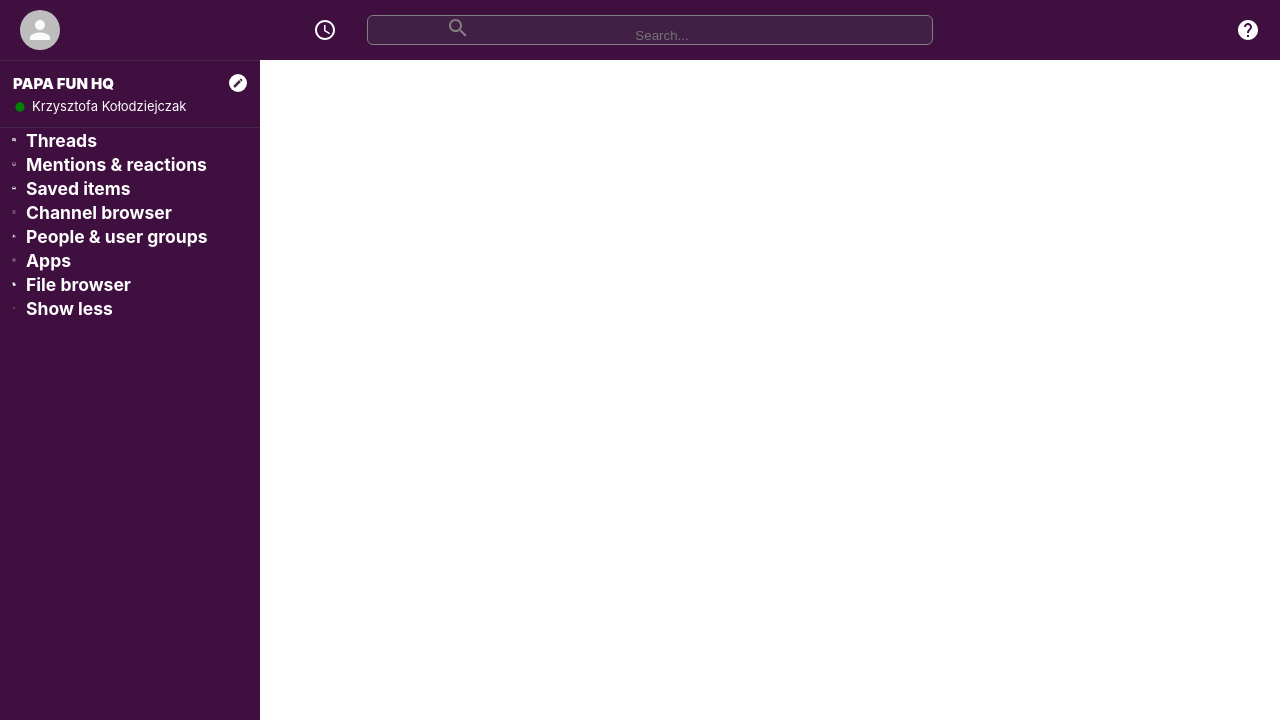
Repository: KrzysKolo/slackClone
Page: /
These files come from the project's save history. The page is drawn as it stood at one moment and after the next save; the edit follows.
The browser window is 1280 px wide. The pictures show the whole page.
The project was rebuilt for these pictures with package versions that can differ from the ones it lists, and the page was loaded fresh each time. Also part of the build but not shown: src/App.css, src/pages/About/About.js.

Above is the page before, as saved 2021-12-27 16:11:57.

### src/index.css
* {
  margin: 0;
  padding: 0;
  box-sizing: border-box;
}
body {
  --slack-color: #3f0f40;
  overflow: hidden;

  margin: 0;
  font-family: -apple-system, BlinkMacSystemFont, 'Segoe UI', 'Roboto', 'Oxygen',
    'Ubuntu', 'Cantarell', 'Fira Sans', 'Droid Sans', 'Helvetica Neue',
    sans-serif;
  -webkit-font-smoothing: antialiased;
  -moz-osx-font-smoothing: grayscale;
}

code {
  font-family: source-code-pro, Menlo, Monaco, Consolas, 'Courier New',
    monospace;
}

### src/App.js
import './App.css';
import {BrowserRouter as Router, Routes, Route, Link } from 'react-router-dom';
import { AppBody } from './style';
import { About } from './pages'
import { Header, Sidebar } from './components';

function App() {
  return (
    <Router>
      <>
        <Header />
        <AppBody>
          <Sidebar />
          <Routes>
            <Route path='/' exact  />
          </Routes>
        </AppBody>
      </>
    </Router>
  );
}

export default App;

### src/style.js
import styled from 'styled-components';

export const AppBody = styled.div`
  display: flex;
  height: 100vh;
`;

### src/components/index.js
export { default as Header } from './Header';
export { default as Sidebar } from './Sidebar';
export { default as SidebarOption } from './SidebarOption';

### src/components/SidebarOption/index.js
export { default } from './SidebarOption';

### src/components/Header/Header.js
import React from 'react';
import { HeaderContainer, HeaderLeft, HeaderAvatar, HeaderSearch, HeaderRight } from './style';
import AccessTimeIcon from '@material-ui/icons/AccessTime';
import SearchIcon from '@material-ui/icons/Search';
import HelpIcon from '@material-ui/icons/Help';


const Header = () => {
  return (
    <HeaderContainer>
      {/*  Header Left */}
      <HeaderLeft>
        <HeaderAvatar

         />
         <AccessTimeIcon />
      </HeaderLeft>
      {/*  Header Search */}
      <HeaderSearch>
        <SearchIcon />
        <input placeholder='Search...' />
      </HeaderSearch>
      {/*  Header Right */}
      <HeaderRight>
        <HelpIcon />
      </HeaderRight>
    </HeaderContainer>
  )
}

export default Header;

### src/components/Sidebar/Sidebar.js
import React from 'react';
import { SidebarContainer, SidebarHead, SidebarInfo } from './style';
import { SidebarOption } from './../';
import FiberManualRecordIcon from '@material-ui/icons/FiberManualRecord';
import CreateIcon from '@material-ui/icons/Create';
import InsertCommentIcon from '@material-ui/icons/InsertComment';
import InboxIcon from '@material-ui/icons/Inbox';
import DraftsIcon from '@material-ui/icons/Drafts';
import BookmarkBorderIcon from '@material-ui/icons/BookmarkBorder';
import PeopleAltIcon from '@material-ui/icons/PeopleAlt';
import AppsIcon from '@material-ui/icons/Apps';
import FileCopyIcon from '@material-ui/icons/FileCopy';
import ExpandLessIcon from '@material-ui/icons/ExpandLess';




const Sidebar = () => {
  return (
    <SidebarContainer>
      <SidebarHead>
        <SidebarInfo>
          <h2>PAPA FUN HQ</h2>
          <h3>
            <FiberManualRecordIcon  />
            Krzysztofa Kołodziejczak
          </h3>
        </SidebarInfo>
        <CreateIcon />
      </SidebarHead>
      <SidebarOption Icon={InsertCommentIcon} title="Threads" />
      <SidebarOption Icon={InboxIcon} title="Mentions & reactions" />
      <SidebarOption Icon={DraftsIcon} title="Saved items" />
      <SidebarOption Icon={BookmarkBorderIcon} title="Channel browser" />
      <SidebarOption Icon={PeopleAltIcon} title="People & user groups" />
      <SidebarOption Icon={AppsIcon} title="Apps" />
      <SidebarOption Icon={FileCopyIcon} title="File browser" />
      <SidebarOption Icon={ExpandLessIcon} title="Show less" />
    </SidebarContainer>
  )
}

export default Sidebar;

### src/components/SidebarOption/SidebarOption.js
import React from 'react';
import {SidebarOptionContainer, SidebarOptionChanel} from './style';

const SidebarOption = ({ Icon, title }) => {
  return (
    <SidebarOptionContainer>
      { Icon && <Icon style={{ padding: 10 }}/> }
      {Icon ?
      (
        <h3>{title}</h3>
      )
      : (
        <SidebarOptionChanel>
          <span>#</span> {title}
        </SidebarOptionChanel>
      )}
    </SidebarOptionContainer>
  )
}

export default SidebarOption;

### src/components/Header/style.js
import styled from 'styled-components';
import { Avatar } from '@material-ui/core';

export const HeaderContainer = styled.header`
  display: flex;
  position: fixed;
  width: 100%;
  align-items: center;
  justify-content: space-between;
  padding: 10px 0;
  background-color: var(--slack-color);
  color: white;
`;
export const HeaderLeft = styled.div`
  flex: 0.3;
  display: flex;
  align-items: center;
  margin-left: 20px;
  > .MuiSvgIcon-root {
    margin-left: auto;
    margin-right: 30px;
  }
`;

export const HeaderAvatar = styled(Avatar)`
  cursor: pointer;

  :hover {
    opacity: 0.8;
  }
`;

export const HeaderSearch = styled.div`
  flex: 0.4;
  opacity: 1;
  border-radius: 6px;
  background-color: #421f44;
  text-align: center;
  padding: 0 50px;
  color: gray;
  border: 1px gray solid;
  > input {
    background-color: transparent;
    border: none;
    text-align: center;
    min-width: 30vw;
    outline: 0;
    color: white;
  }
`;
export const HeaderRight = styled.div`
  flex: 0.3;
  display: flex;
  align-items: flex-end;
  > .MuiSvgIcon-root {
    margin-left: auto;
    margin-right: 20px;
  }
`;

### src/components/Sidebar/style.js
import styled from 'styled-components';

export const SidebarContainer = styled.div`
  color: white;
  background-color: var(--slack-color);
  flex: 0.3;
  border-top: 1px solid #49274b;
  max-width: 260px;
  margin-top: 60px;
`;

export const SidebarHead = styled.div`
  display: flex;
  border-bottom: 1px solid #49274b;
  padding: 13px;
  > .MuiSvgIcon-root {
    padding: 3px;
    color: #49274b;
    font-size: 18px;
    background: #fff;
    border-radius: 50%;
  }
`;

export const SidebarInfo = styled.div`
  flex: 1;
  > h2 {
  font-size: 15px;
  font-weight: 900;
  margin-bottom: 5px;
  }
  > h3 {
    display: flex;
    font-size: 13px;
    font-weight: 400;
    align-items: center;
  }
  > h3 > .MuiSvgIcon-root {
      font-size: 14px;
      margin-right: 5px;
      margin-top: 1px;
      color: green;
    }
`;

### src/components/SidebarOption/style.js
import styled from 'styled-components';

export const SidebarOptionContainer = styled.div`
  display: flex;
  font-size: 15px;
  align-items: center;
  padding-left: 2px;
  cursor: pointer;
`;
export const SidebarOptionChanel = styled.div``;

Loaded but not shown: public/index.html (common file); src/index.js (common file); src/pages/index.js (common file); src/pages/About/index.js (common file); src/components/Header/index.js (common file); src/components/Sidebar/index.js (common file)

After the next save:
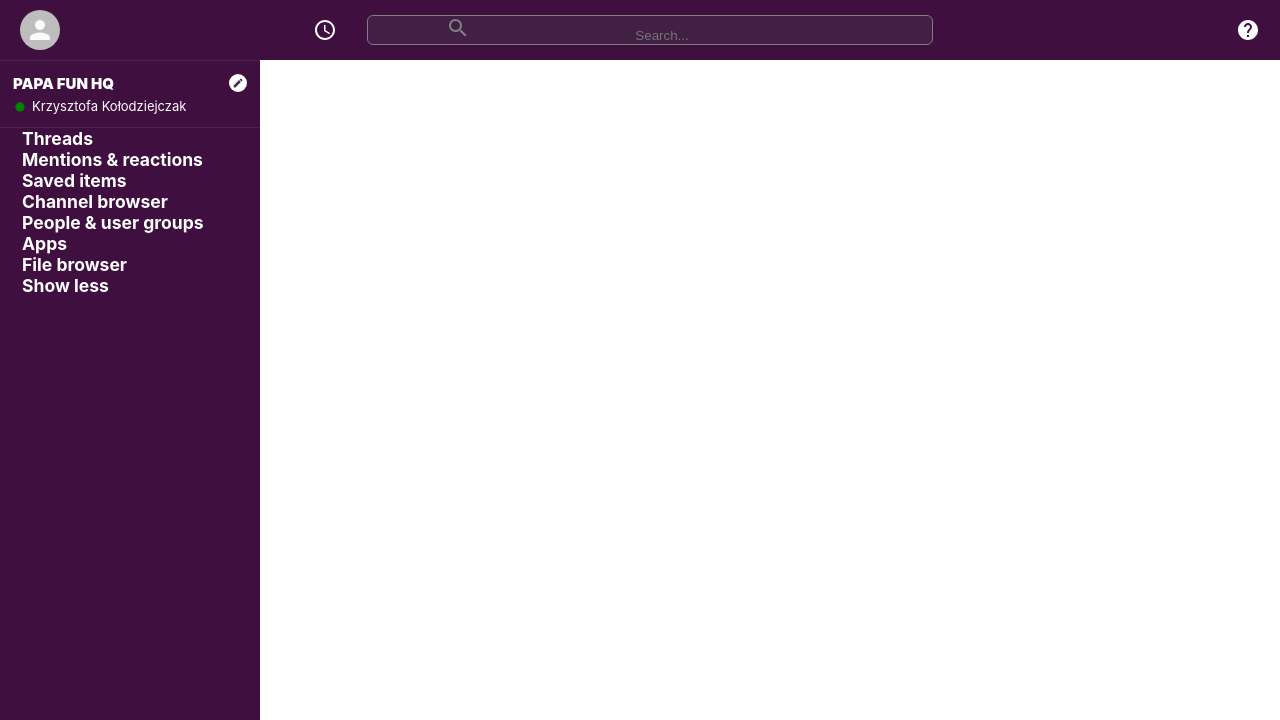
Saved 19 s later.
--- a/src/components/SidebarOption/SidebarOption.js
+++ b/src/components/SidebarOption/SidebarOption.js
@@ -4,7 +4,7 @@
 const SidebarOption = ({ Icon, title }) => {
   return (
     <SidebarOptionContainer>
-      { Icon && <Icon style={{ padding: 10 }}/> }
+      { Icon && <Icon fontSize='small' style={{ padding: 10 }}/> }
       {Icon ?
       (
         <h3>{title}</h3>

After the save that followed:
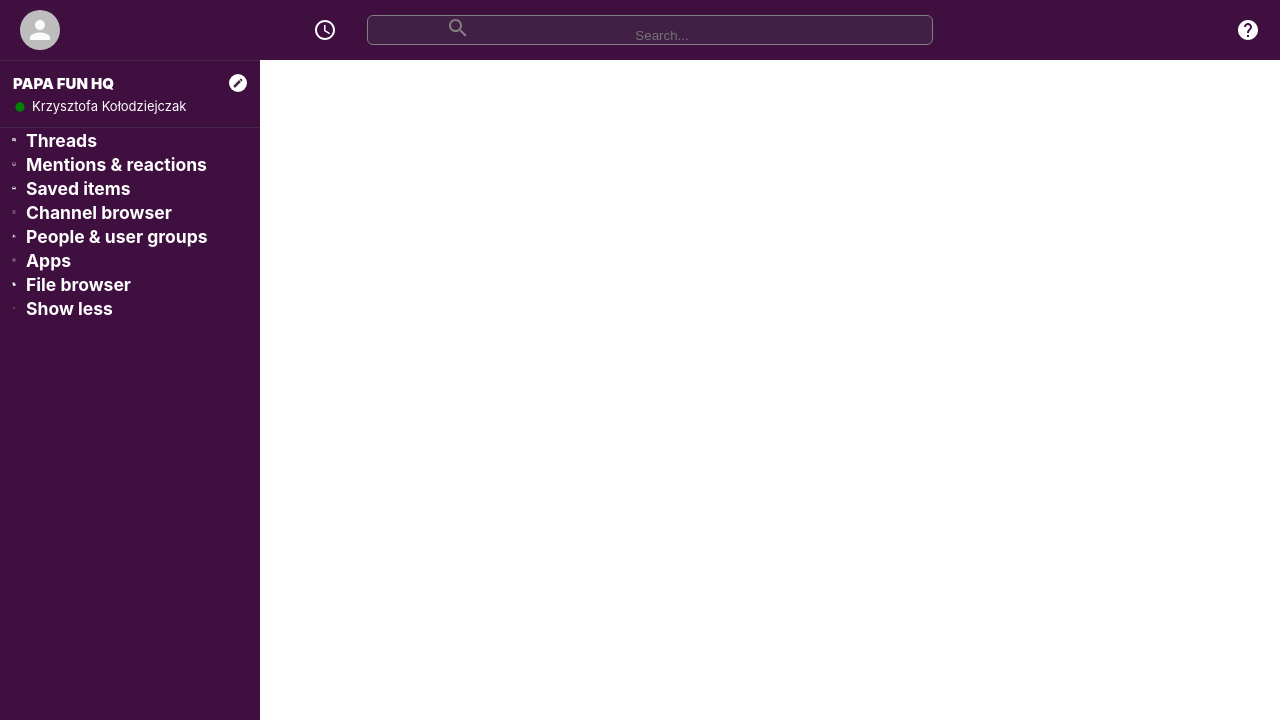
Saved 18 s later.
--- a/src/components/SidebarOption/SidebarOption.js
+++ b/src/components/SidebarOption/SidebarOption.js
@@ -4,7 +4,7 @@
 const SidebarOption = ({ Icon, title }) => {
   return (
     <SidebarOptionContainer>
-      { Icon && <Icon fontSize='small' style={{ padding: 10 }}/> }
+      { Icon && <Icon style={{ padding: 10 }}/> }
       {Icon ?
       (
         <h3>{title}</h3>
